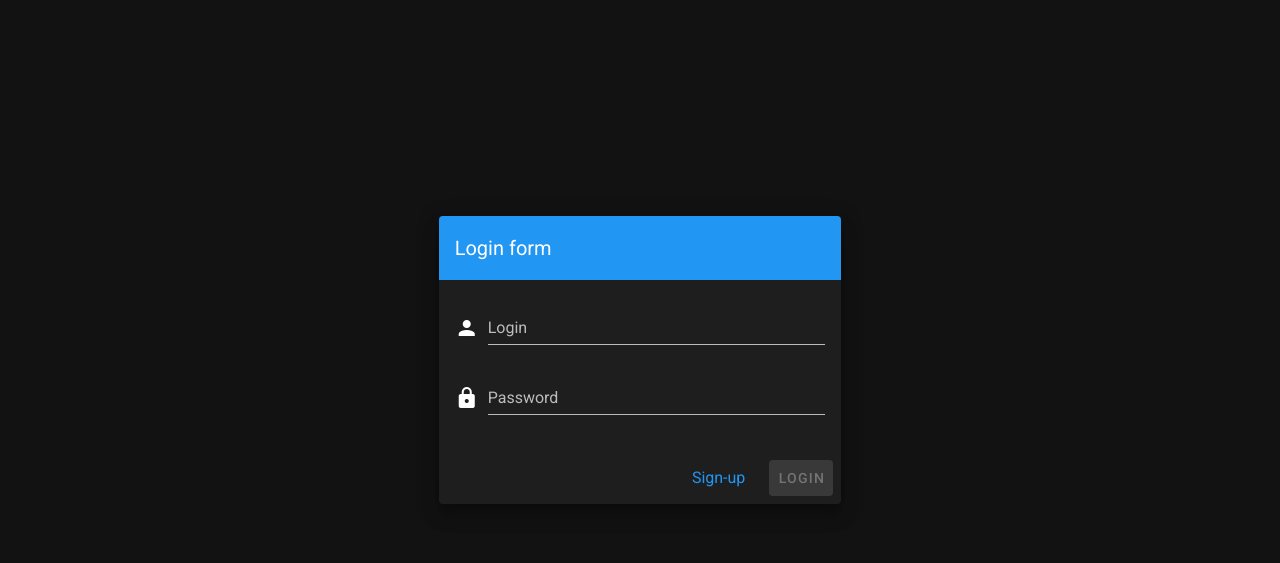
Repository: EldarioLink/lome
Page: /
The author's editor kept a copy of each file at every save. The page is drawn from the files as they stood at one save, then again after the next save.
The browser window is 1280 px wide. The pictures show the whole page.
The project was rebuilt for these pictures with package versions that can differ from the ones it lists, and the page was loaded fresh each time. Also part of the build but not shown: vue.config.js, src/layouts/MainLayout.vue.

Above is the page before, as saved 2020-09-11 16:29:25.

### src/main.js
import Vue from "vue";
import App from "./App.vue";
import VueRouter from "vue-router";
import router from "./router";
import store from "./store";

import firebase from "firebase/app";

// Add the Firebase products that you want to use
import "firebase/auth";
import "firebase/firestore";
import vuetify from "./plugins/vuetify";

Vue.use(VueRouter);

Vue.config.productionTip = false;
var firebaseConfig = {
  apiKey: "AIzaSyApWNnaz35IxgPm7jItGTBmmhuXDdPxA9g",
  authDomain: "lome-b0ead.firebaseapp.com",
  databaseURL: "https://lome-b0ead.firebaseio.com",
  projectId: "lome-b0ead",
  storageBucket: "lome-b0ead.appspot.com",
  messagingSenderId: "666332082702",
  appId: "1:666332082702:web:35d0519f1b72a009f9425f"
};

// Initialize Firebase
firebase.initializeApp(firebaseConfig);

let app;
firebase.auth().onAuthStateChanged(() => {
  console.log("app", app);
  if (!app) {
    new Vue({
      router,
      store,
      vuetify,
      render: h => h(App)
    }).$mount("#app");
  }
});

### src/App.vue
<template>
  <div id="app">
    <component :is="layout"> </component>
  </div>
</template>

<script>
import EmptyLayout from "@/layouts/EmptyLayout";
import MainLayout from "@/layouts/MainLayout";

export default {
  name: "App",
  data: () => ({}),
  components: {
    EmptyLayout,
    MainLayout
  },
  computed: {
    layout() {
      return (this.$route.meta.layout || "empty") + "-layout";
    }
  }
};
</script>

<style lang="scss"></style>

### src/router/index.js
import Vue from "vue";
import VueRouter from "vue-router";
import firebase from "firebase/app";

Vue.use(VueRouter);

const routes = [
  {
    path: "/",
    name: "Home",
    meta: { layout: "main", auth: true },
    component: () => import("@/views/Home.vue")
  },
  {
    path: "/login",
    name: "login",
    meta: { layout: "empty" },
    component: () => import("@/views/Login.vue")
  },
  {
    path: "/register",
    name: "register",
    meta: { layout: "empty" },
    component: () => import("@/views/Register.vue")
  }
];

const router = new VueRouter({
  mode: "history",
  base: process.env.BASE_URL,
  routes
});

router.beforeEach((to, from, next) => {
  const currentUser = firebase.auth().currentUser;
  const requireAuth = to.matched.some(record => record.meta.auth);
  if (requireAuth && !currentUser) {
    next("/login");
  } else {
    next();
  }
});

export default router;

### src/store/index.js
import Vue from "vue";
import Vuex from "vuex";
import auth from "./auth";

Vue.use(Vuex);

export default new Vuex.Store({
  state: {
    error: null
  },
  mutations: {
    setError(state, error) {
      state.error = error;
    },
    clearError(state) {
      state.error = null;
    }
  },
  actions: {},
  getters: {
    error: s => s.error
  },
  modules: {
    auth
  }
});

### src/layouts/EmptyLayout.vue
<template>
  <v-app class="black-back">
    <router-view />
  </v-app>
</template>

<script>
export default {
  props: {
    source: String
  },
  data: () => ({
    drawer: null
  }),
  created() {
    this.$vuetify.theme.dark = true;
  }
};
</script>

<style lang="scss" scoped></style>

### src/views/Login.vue
<template>
  <v-app id="inspire">
    <v-main>
      <v-container class="fill-height" fluid>
        <v-row align="center" justify="center">
          <v-col cols="12" sm="8" md="4">
            <v-card class="elevation-12">
              <v-toolbar color="primary" dark flat>
                <v-toolbar-title>Login form</v-toolbar-title>
                <v-spacer></v-spacer>
              </v-toolbar>
              <v-card-text>
                <v-form v-model="isValid">
                  <v-text-field
                    label="Login"
                    name="login"
                    prepend-icon="mdi-account"
                    type="text"
                    v-model.trim="email"
                    required
                    :rules="[rules.required, rules.email]"
                  ></v-text-field>

                  <v-text-field
                    id="password"
                    label="Password"
                    name="password"
                    prepend-icon="mdi-lock"
                    type="password"
                    v-model.trim="password"
                    required
                    :rules="[
                      rules.required,
                      rules.passNumber,
                      rules.passLength
                    ]"
                  ></v-text-field>
                </v-form>
              </v-card-text>
              <v-card-actions>
                <v-spacer></v-spacer>
                <router-link
                  to="/register"
                  color="primary"
                  class="pr-6 text-decoration-none"
                >
                  Sign-up
                </router-link>
                <v-btn
                  color="primary"
                  @click="submitHandler"
                  :disabled="!isValid"
                  >Login</v-btn
                >
              </v-card-actions>
            </v-card>
          </v-col>
        </v-row>
      </v-container>
    </v-main>
  </v-app>
</template>

<script>
export default {
  data: () => ({
    email: "",
    password: "",
    isValid: false,
    rules: {
      required: v => !!v || "Required",
      email: v =>
        /^\w+([.-]?\w+)*@\w+([.-]?\w+)*(\.\w{2,3})+$/.test(v) ||
        "E-mail must be valid",
      passLength: v =>
        (v && v.length >= 6) || "Password must have 5+ characters",
      passNumber: v => /(?=.*\d)/.test(v) || "Must have one number",
      passConfirm: () =>
        this.password === this.passwordConfirm || "Password must be same"
    }
  }),
  methods: {
    async submitHandler() {
      const formData = {
        email: this.email,
        password: this.password
      };
      try {
        await this.$store.dispatch("login", formData);
        this.$router.push("/");
        // eslint-disable-next-line no-empty
      } catch (e) {
        console.log(e);
      }
    }
  }
};
</script>

### src/store/auth.js
/* eslint-disable no-useless-catch */
/* eslint-disable no-unused-vars */
import firebase from "firebase/app";

export default {
  actions: {
    async login({ dispatch, commit }, { email, password }) {
      try {
        await firebase.auth().signInWithEmailAndPassword(email, password);
        console.log("loginStore");
        // eslint-disable-next-line no-empty
      } catch (e) {
        commit("setError", e);
        throw e;
      }
    },
    async register({ dispatch, commit }, { email, password, name }) {
      try {
        await firebase.auth().createUserWithEmailAndPassword(email, password);
        console.log("RegistrStore");

        // eslint-disable-next-line no-empty
      } catch (e) {
        console.log("e", e);
        throw e;
      }
    },
    async logout({ commit }) {
      console.log("logout");
      await firebase.auth().signOut();
    }
  }
};

Loaded but not shown: public/index.html (common file); src/plugins/vuetify.js (common file)

After the next save:
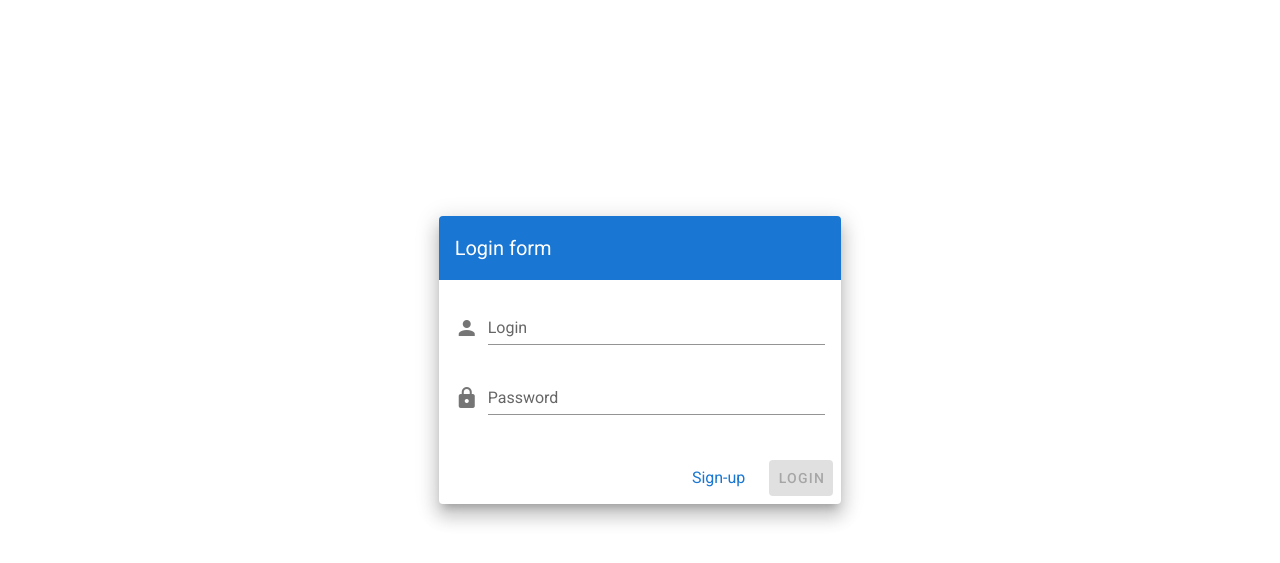
Saved 17 min 36 s later.
--- a/src/layouts/EmptyLayout.vue
+++ b/src/layouts/EmptyLayout.vue
@@ -12,9 +12,7 @@ export default {
   data: () => ({
     drawer: null
   }),
-  created() {
-    this.$vuetify.theme.dark = true;
-  }
+  created() {}
 };
 </script>
 
